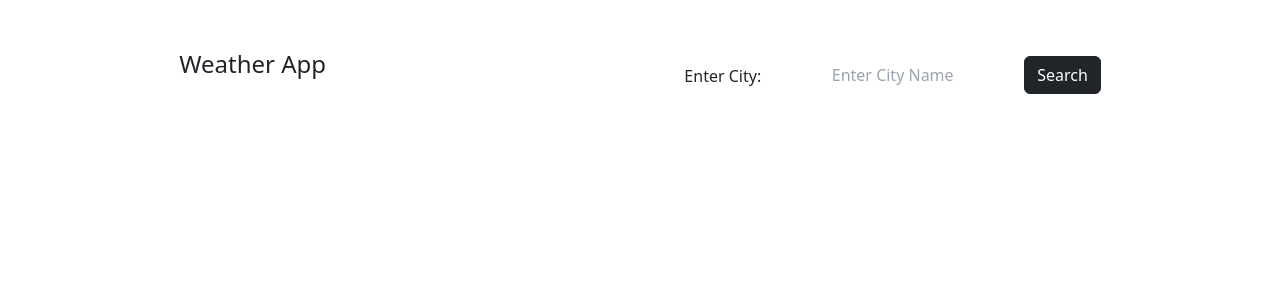
Repository: bhaveshtrades/weatherapp
Page: /
These files come from the project's save history. The page is drawn as it stood at one moment and after the next save; the edit follows.
The browser window is 1280 px wide. The pictures show the whole page.
The project was rebuilt for these pictures with package versions that can differ from the ones it lists, and the page was loaded fresh each time. Also part of the build but not shown: src/components/DetailedWeather.jsx, src/components/HourlyForecast.jsx.

Above is the page before, as saved 2023-01-25 00:32:59.

After the next save:
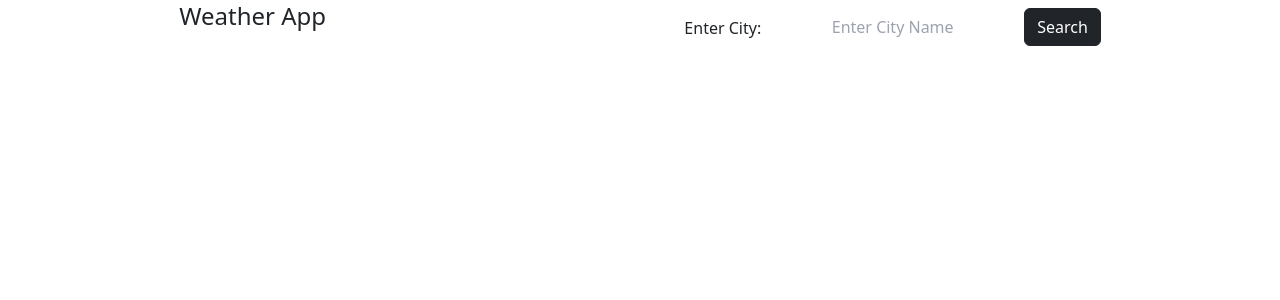
Saved 5 s later.
--- a/src/components/Navbar.jsx
+++ b/src/components/Navbar.jsx
@@ -4,7 +4,7 @@ function Navbar({resultProp, cityProp}){
 
   return (
     <>
-    <div className='sm: flex justify-around mt-12'>
+    <div className='sm: flex justify-around'>
     <div>
     <h1 className='sm: text-2xl'>Weather App</h1>
     </div>
